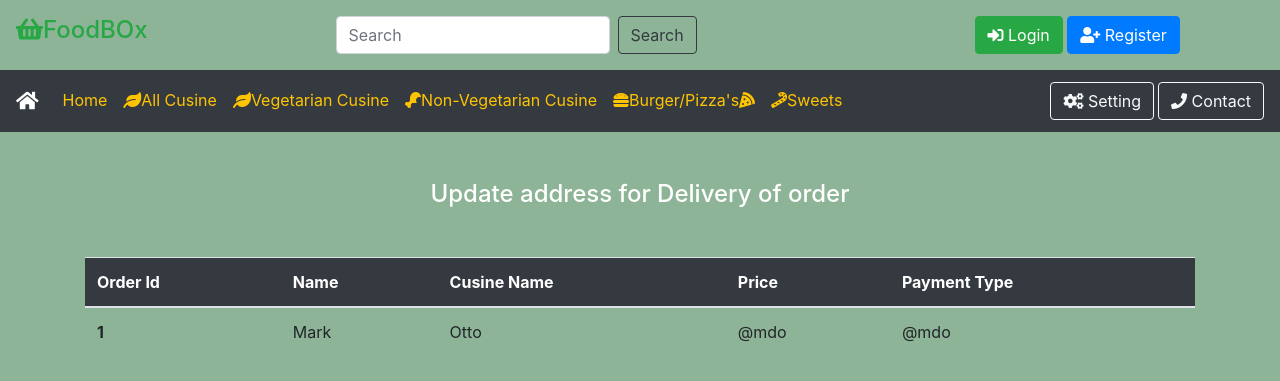
Repository: debjaniprofessional32/Capstone-Final-FoodBox-Delivery-Project
Page: http://localhost/OnlinFoodBOX/order.jsp
The author's editor kept a copy of each file at every save. The page is drawn from the files as they stood at one save, then again after the next save.
The browser window is 1280 px wide. The pictures show the whole page.
Some web libraries are served in a nearby version. The page is served by Tomcat 9.

Above is the page before, as saved 2022-12-23 12:45:16.

After the next save:
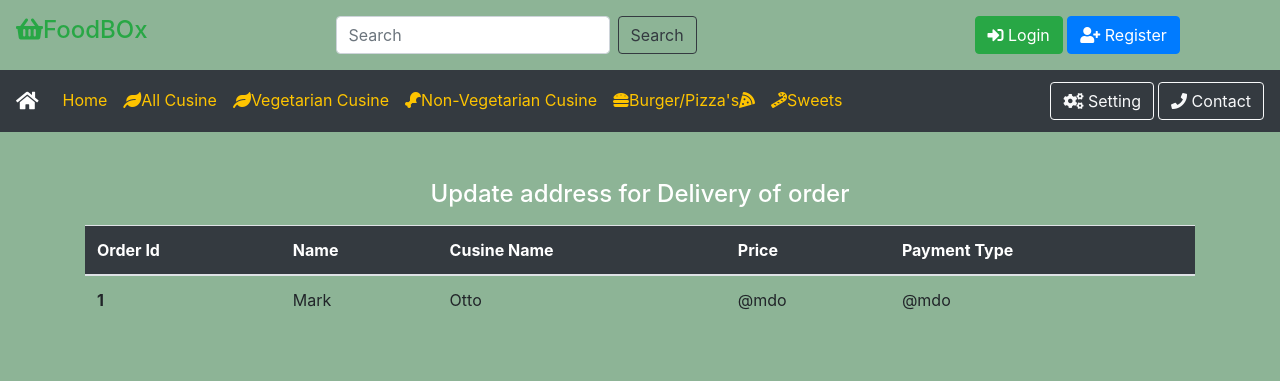
Saved 47 s later.
--- a/OnlinFoodBOX/src/main/webapp/order.jsp
+++ b/OnlinFoodBOX/src/main/webapp/order.jsp
@@ -12,7 +12,7 @@
 <%@include file="all_Component/navbar.jsp"%>
 <div class="container mt-5">
 <h4 class="text-center text-white">Update address for Delivery of order</h4>
-<table class="table table-hover mt-5">
+<table class="table table-hover mt-3">
   <thead class="bg-dark text-white">
     <tr>
       <th scope="col">Order Id</th>
